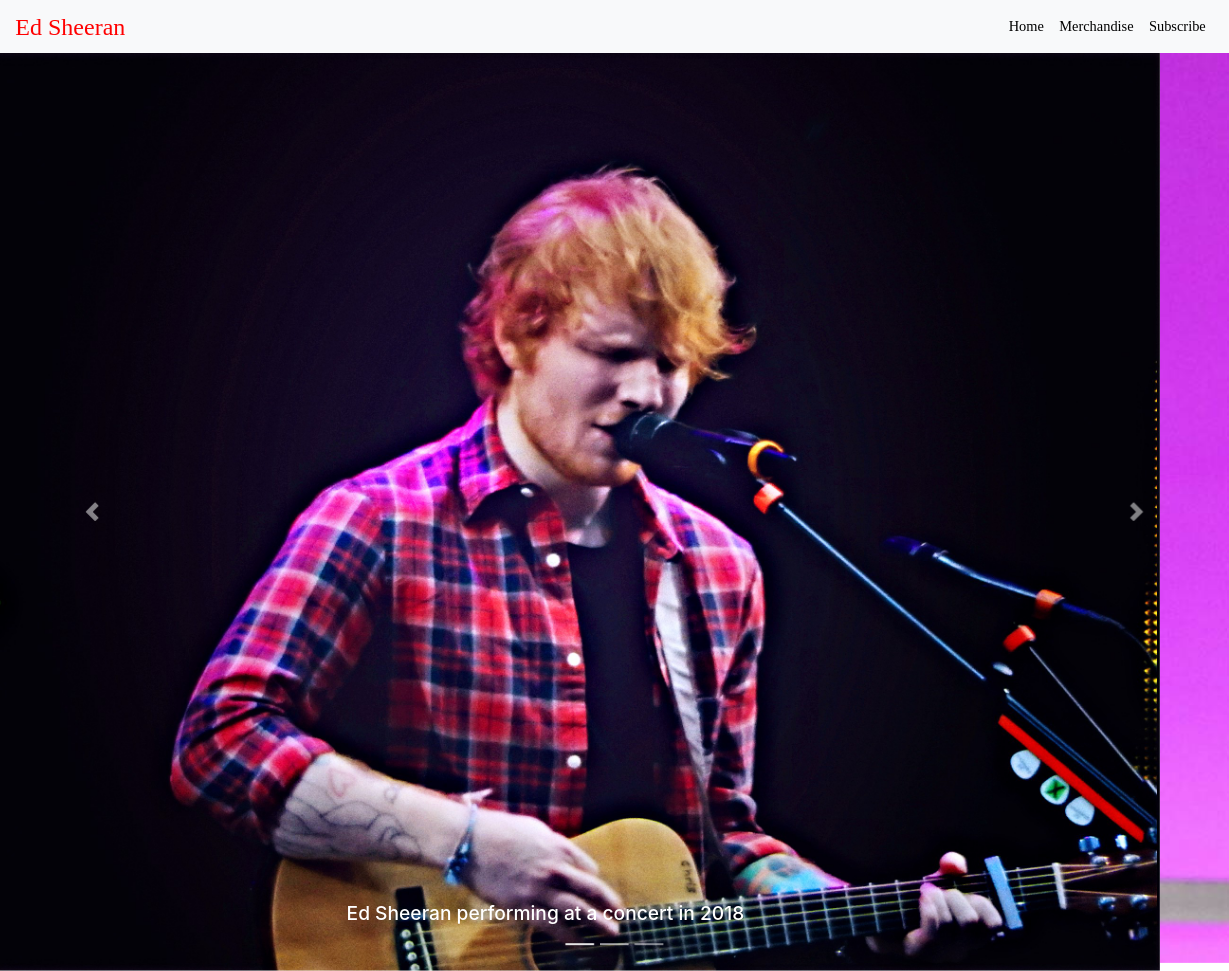
Repository: amit238/milestone-project-1
Page: index.html
The author's editor kept a record of every edit. The page is drawn from the files as they stood at one moment, then again after the next edit.
The browser window is 1280 px wide. The pictures show the whole page, at 96% of full size.
Some web libraries are served in a nearby version.

Above is the page before.

After the next edit:
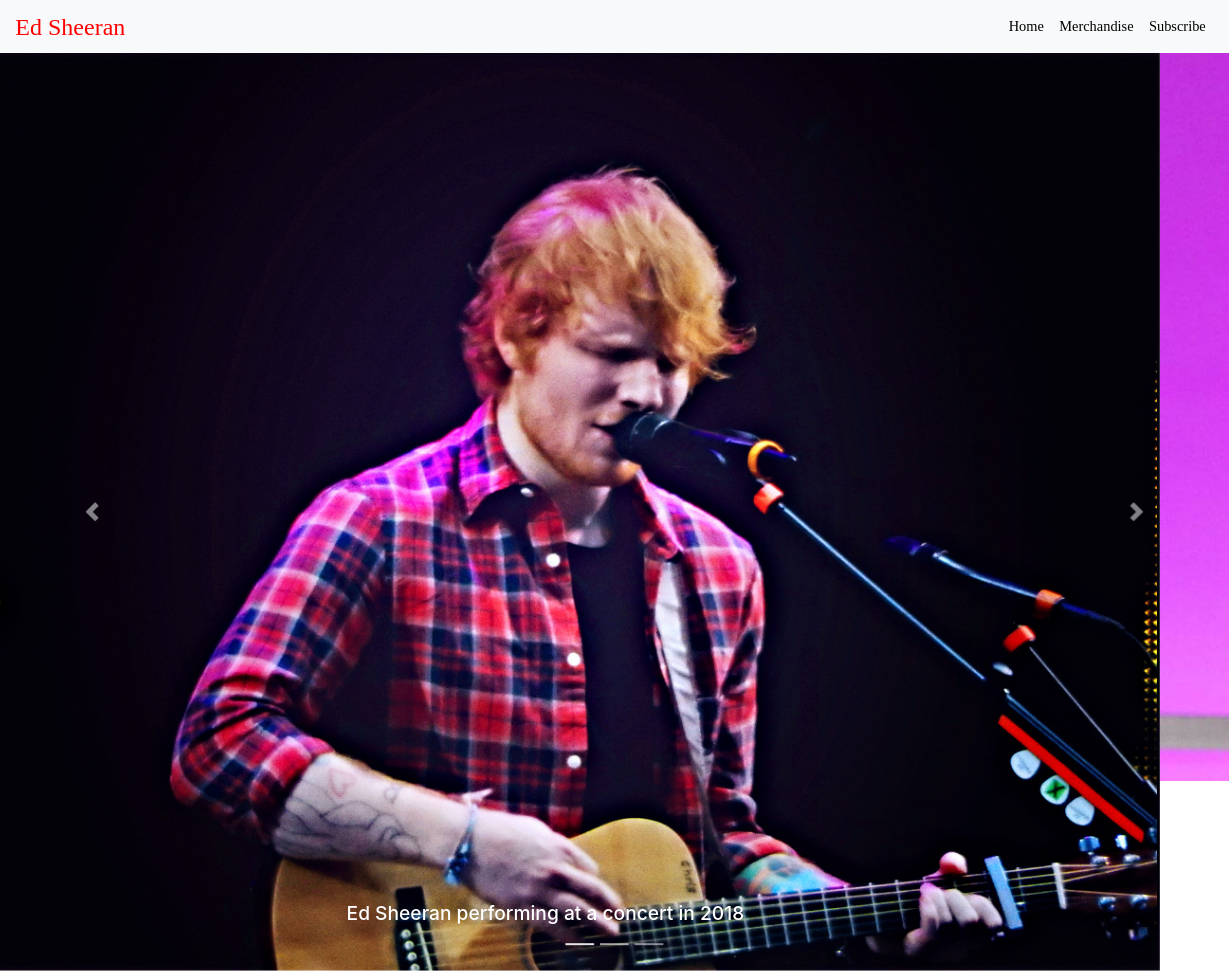
The edit:
--- a/index.html
+++ b/index.html
@@ -40,7 +40,7 @@
       </div>
     </div>
     <div class="carousel-item">
-      <img src="edsheerangrammy.jpg" class="d-block w-100" alt="Second Slide">
+      <img class="size" src="edsheerangrammy.jpg" class="d-block w-100" alt="Second Slide">
       <div class="carousel-caption d-none d-md-block">
         <h5 class="ED">Ed Sheeran winning his first Grammy Award in 2016 </h5>
       </div>
